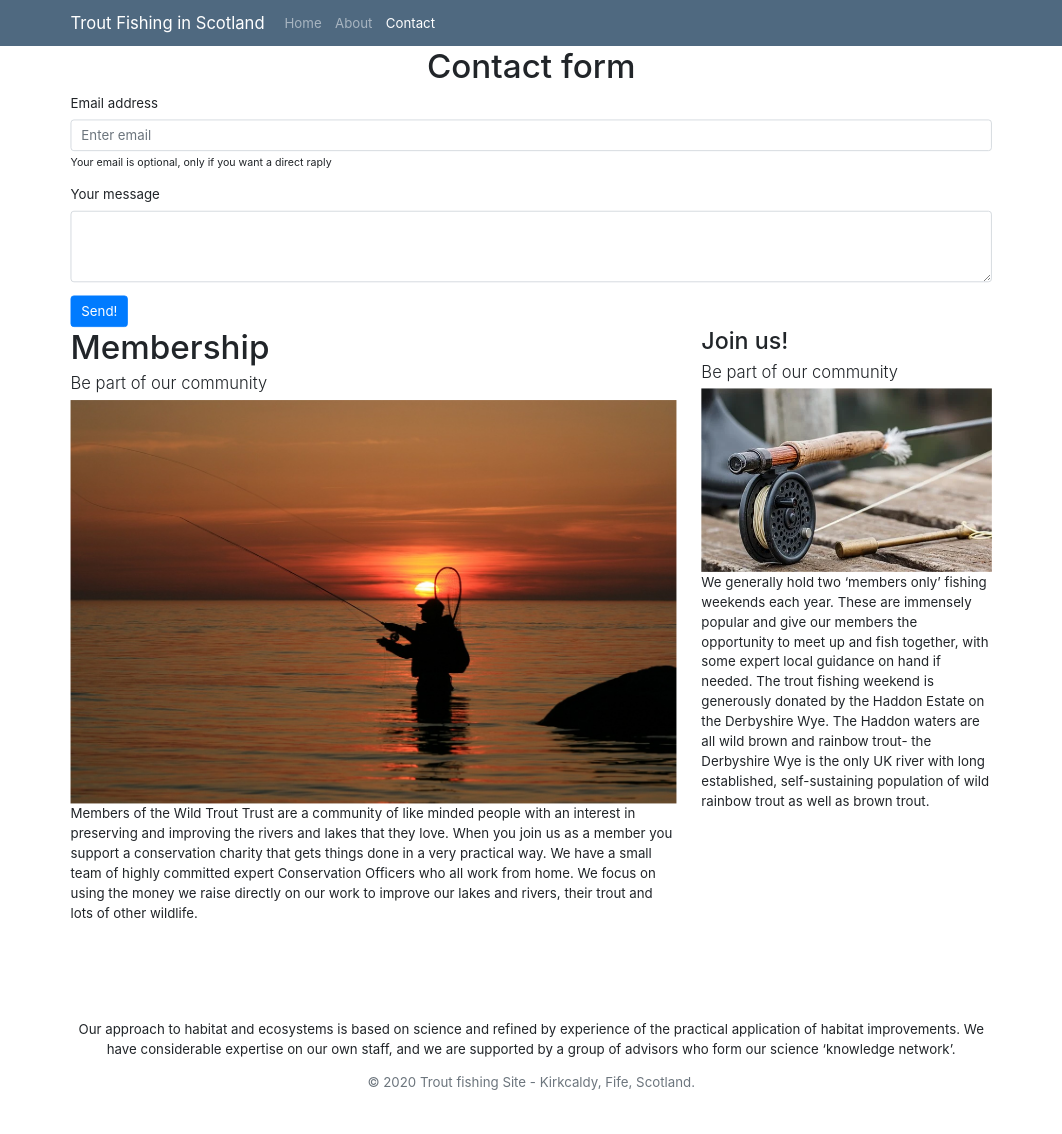
Repository: adrian9211/College_project
Page: contact.html
The author's editor kept a copy of each file at every save. The page is drawn from the files as they stood at one save, then again after the next save.
The browser window is 1280 px wide. The pictures show the whole page, at 83% of full size.

Above is the page before, as saved 2020-11-04 10:26:06.

After the next save:
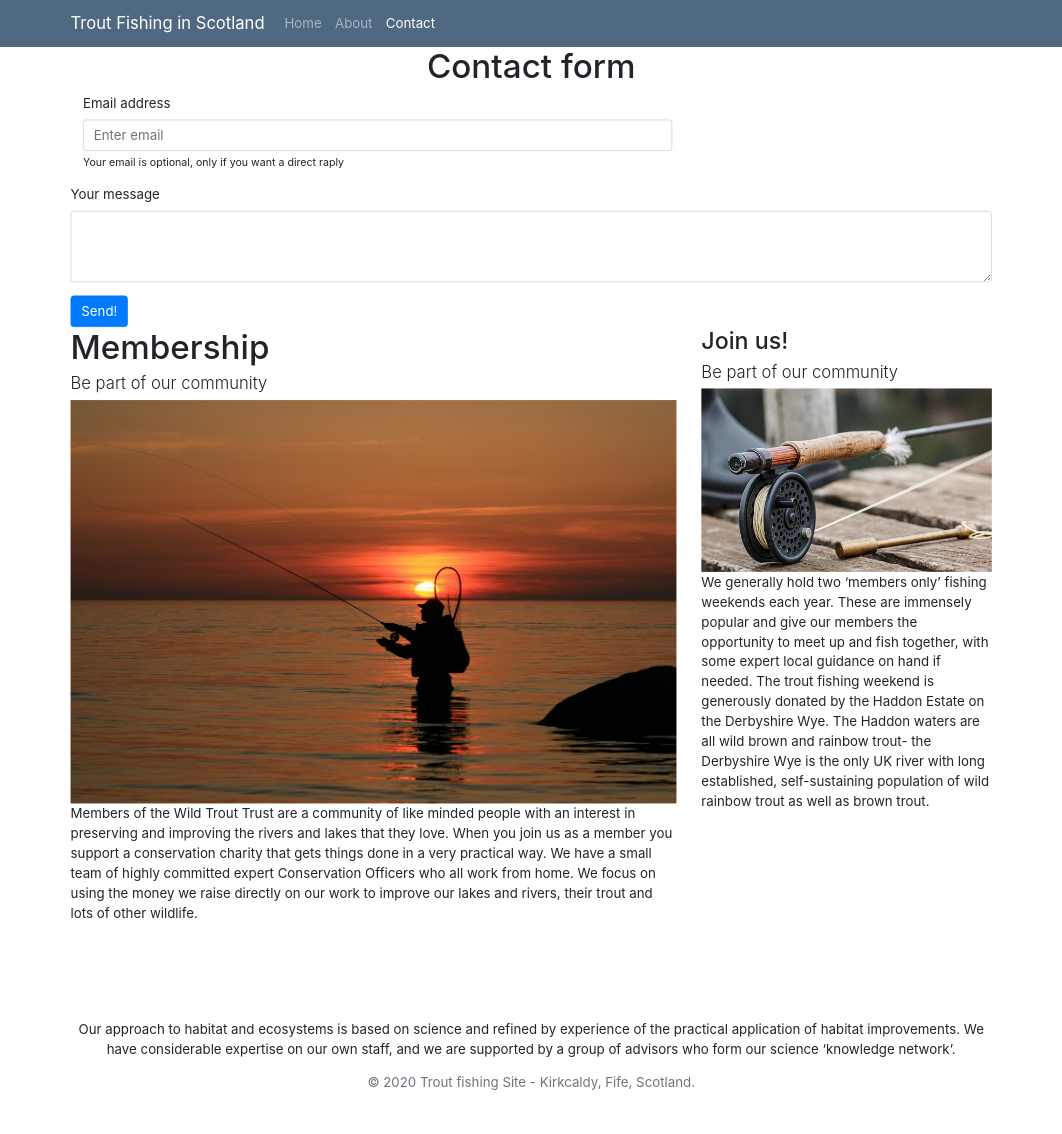
Saved 99 s later.
--- a/contact.html
+++ b/contact.html
@@ -39,7 +39,7 @@
       <div class="container">
       <form action="mailto:adrian9211@gmail.com" method="POST" class="form">
         <h1 class="text-center">Contact form</h1>
-          <div class="form-group">
+          <div class="form-group col-sm-8">
             <label for="inputEmail4">Email address</label>
             <input type="email" class="form-control" name="email" placeholder="Enter email">
             <div class="valid-feedback">Looking nice</div>

After the save that followed:
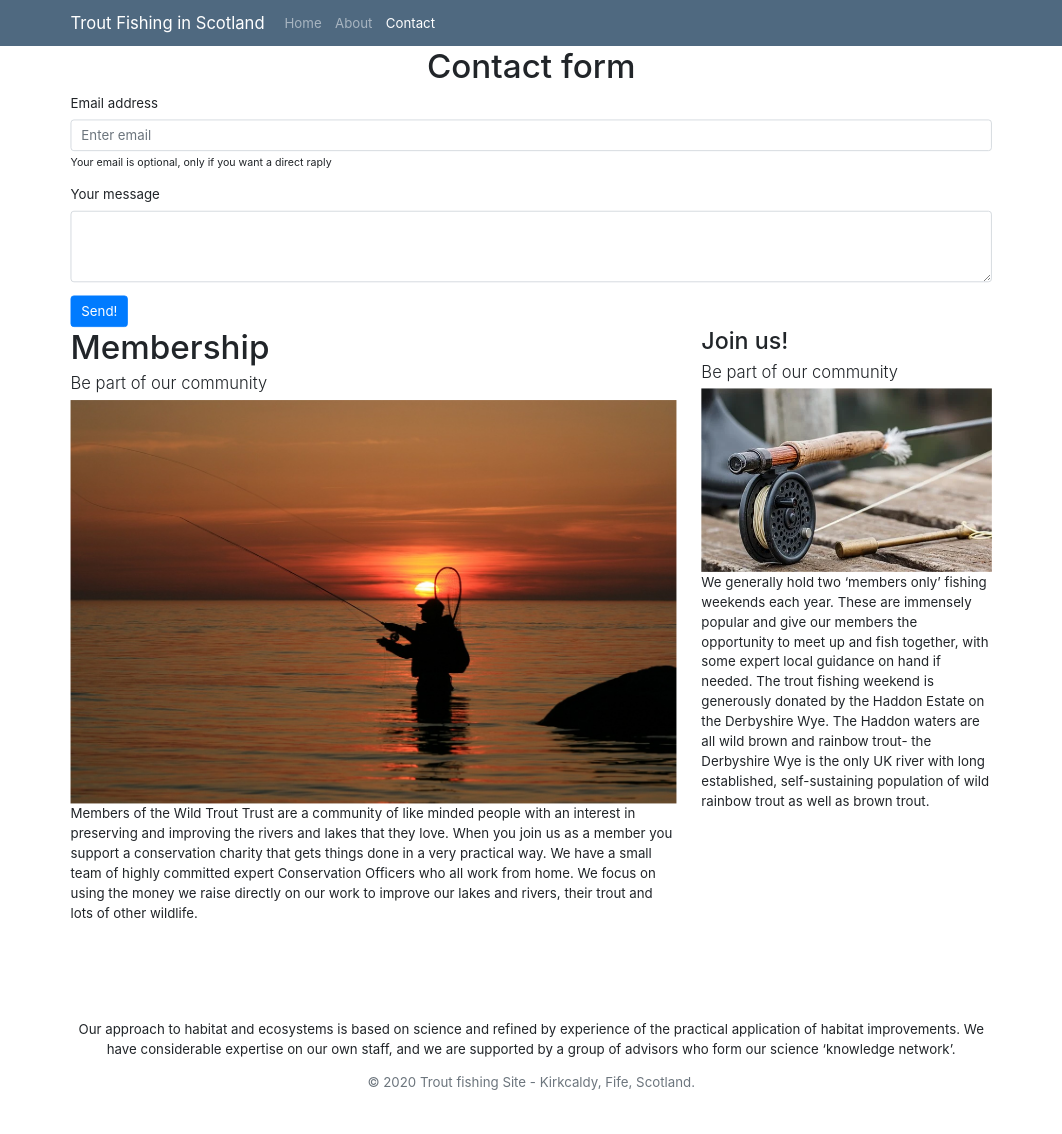
Saved 25 s later.
--- a/contact.html
+++ b/contact.html
@@ -39,7 +39,7 @@
       <div class="container">
       <form action="mailto:adrian9211@gmail.com" method="POST" class="form">
         <h1 class="text-center">Contact form</h1>
-          <div class="form-group col-sm-8">
+          <div class="form-group ">
             <label for="inputEmail4">Email address</label>
             <input type="email" class="form-control" name="email" placeholder="Enter email">
             <div class="valid-feedback">Looking nice</div>
